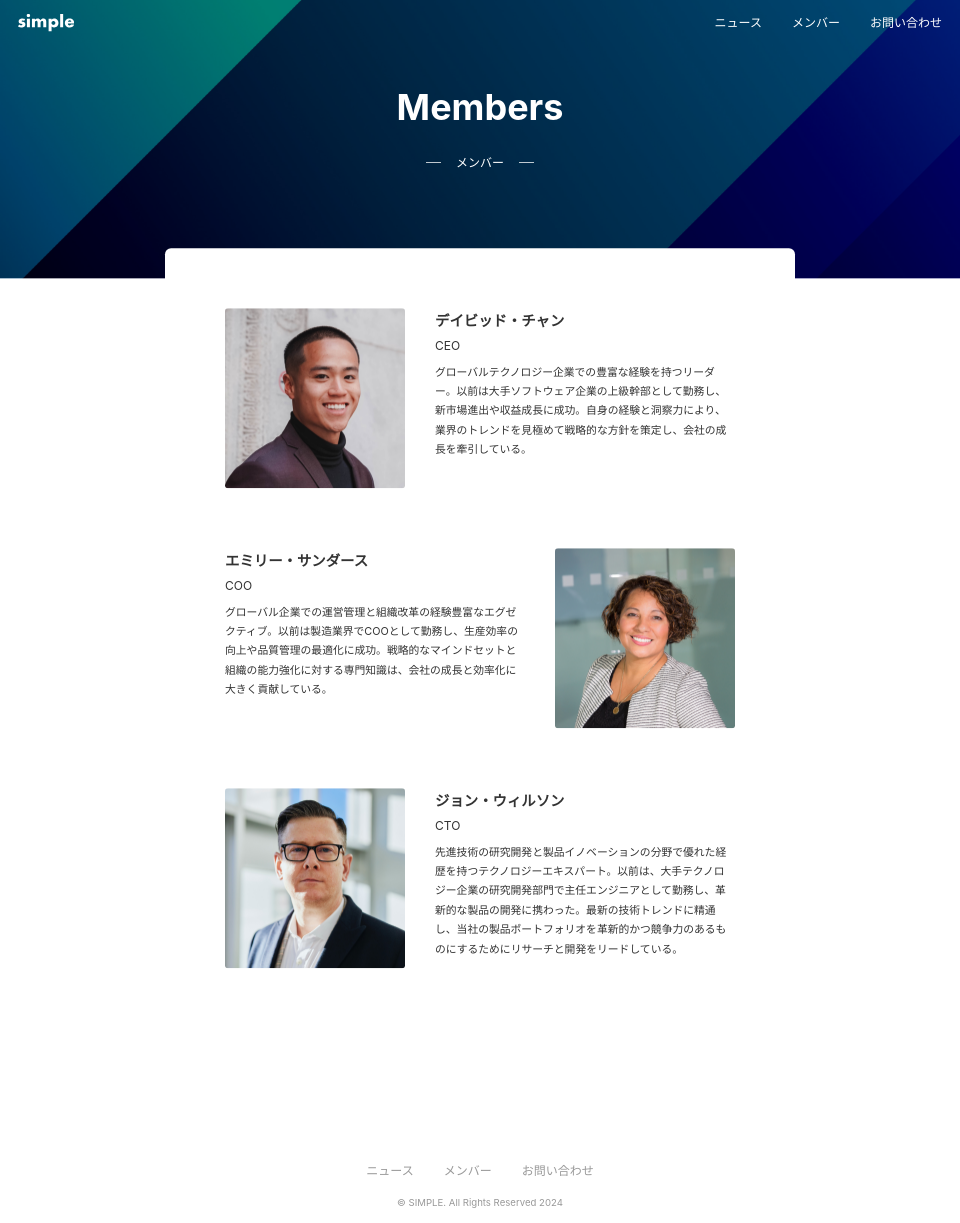
Repository: sk-style/my-next-project
Page: /members
The author's editor kept a copy of each file at every save. The page is drawn from the files as they stood at one save, then again after a run of saves.
The browser window is 1280 px wide. The pictures show the whole page, at 75% of full size.
The project was rebuilt for these pictures with package versions that can differ from the ones it lists, and the page was loaded fresh each time. The framework's server and built-in components were replaced by stand-ins that run in the browser. Also part of the build but not shown: next.config.ts.

Above is the page before, as saved 2025-10-27 21:18:20.

After the next 6 saves:
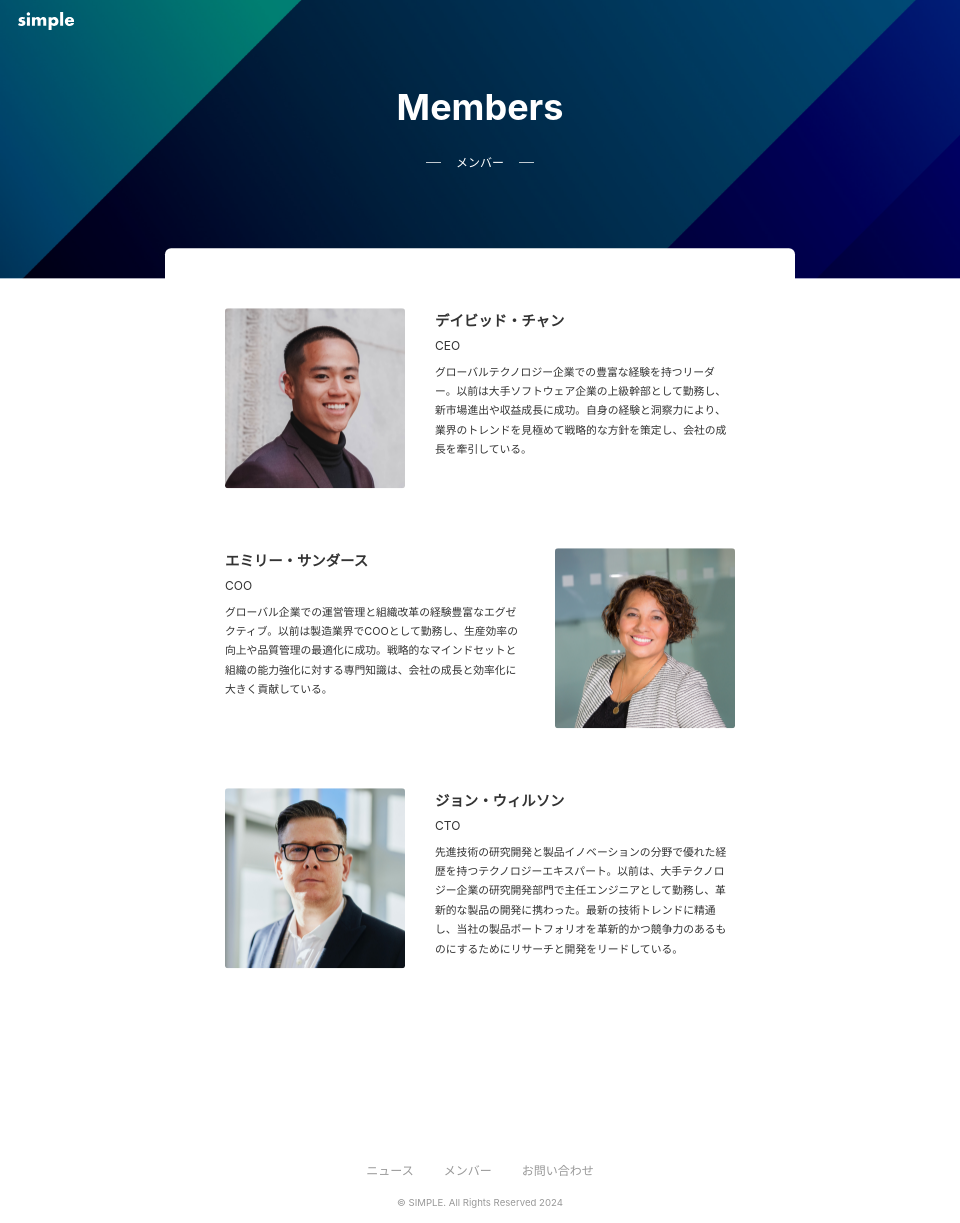
The 6 saves are shown as one change because 1 did not build or start and some came seconds apart.
The last was saved 70 s later.
--- a/app/_components/Header/index.tsx
+++ b/app/_components/Header/index.tsx
@@ -15,19 +15,6 @@ export default function Header() {
           priority
         />
       </Link>
-      <nav className={styles.nav}>
-        <ul className={styles.items}>
-          <li>
-            <Link href="/news">ニュース</Link>
-          </li>
-          <li>
-            <Link href="/members">メンバー</Link>
-          </li>
-          <li>
-            <Link href="/contLinkct">お問い合わせ</Link>
-          </li>
-        </ul>
-      </nav>
     </header>
   );
 }
